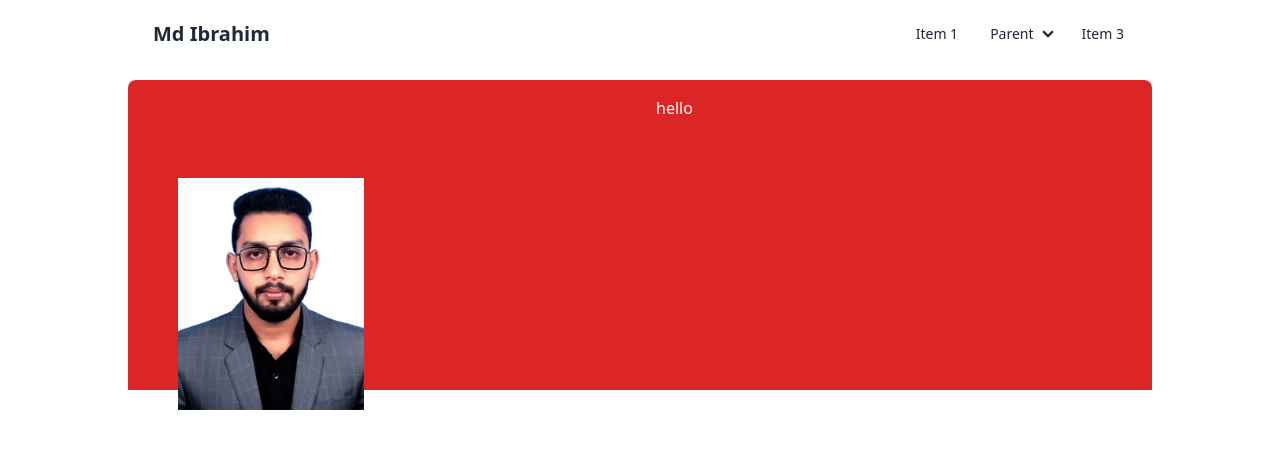
Repository: mdrubel02/portfilo
Page: /
The author's editor kept a copy of each file at every save. The page is drawn from the files as they stood at one save, then again after the next save.
The browser window is 1280 px wide. The pictures show the whole page.
The project was rebuilt for these pictures with package versions that can differ from the ones it lists, and the page was loaded fresh each time. Also part of the build but not shown: vite.config.js.

Above is the page before, as saved 2023-06-25 09:57:08.

After the next save:
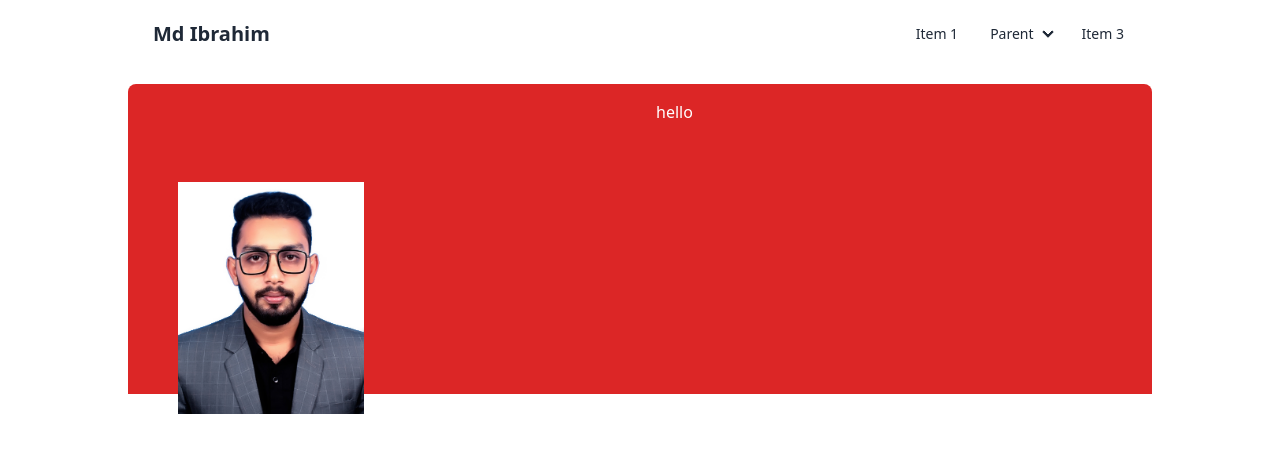
Saved 31 s later.
--- a/src/Pages/Home/Home.jsx
+++ b/src/Pages/Home/Home.jsx
@@ -22,8 +22,8 @@ const Home = () => {
         // </div>
         <div className='mt-3'>
             <div className='h-[310px] bg-red-600  relative rounded-t-lg'>
-                <div className='lg:flex '>
-                    <div className='lg:w-1/2 flex justify-center items-center mt-4'>
+                <div className='lg:flex mt-4'>
+                    <div className='lg:w-1/2 flex justify-center items-center '>
                         <img className=' lg:h-3/4 max-[600px]:h-40 lg:absolute lg:bottom-[-20px] lg:left-[50px]' src={profile} alt="profile" />
                     </div>
                     <div className='lg:w-1/2'>
